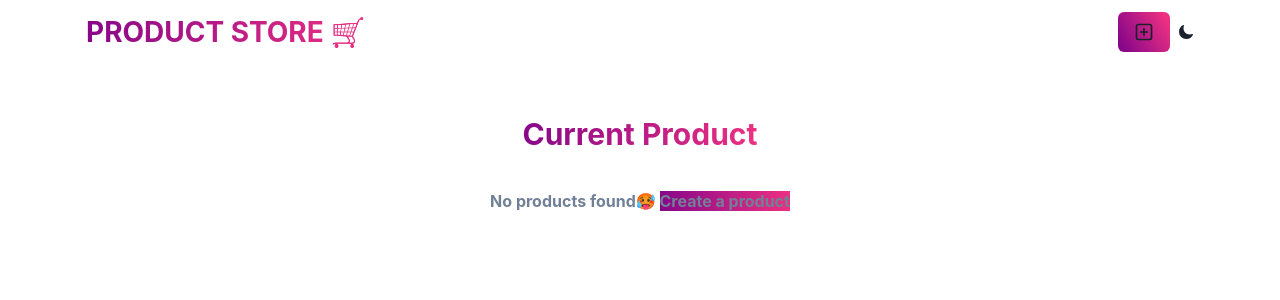
Repository: xiaojing168jmg168/MERN-API
Page: / (app in frontend/)
These files come from the project's save history. The page is drawn as it stood at one moment and after the next save; the edit follows.
The browser window is 1280 px wide. The pictures show the whole page.
The project was rebuilt for these pictures with package versions that can differ from the ones it lists, and the page was loaded fresh each time. Also part of the build but not shown: frontend/vite.config.js, frontend/src/store/product.js, frontend/src/pages/CreatePage.jsx.

Above is the page before, as saved 2025-01-29 12:09:32.

### frontend/src/main.jsx
import React from "react";
import ReactDOM from "react-dom/client";
import App from "./App.jsx";

import { ChakraProvider } from "@chakra-ui/react";

import { BrowserRouter } from "react-router-dom";

ReactDOM.createRoot(document.getElementById("root")).render(
  <React.StrictMode>
    <BrowserRouter>
      <ChakraProvider>
        {/* 👇 Here's the script */}

        <App />
      </ChakraProvider>
    </BrowserRouter>
  </React.StrictMode>
);

### frontend/src/App.jsx
import { Box, useColorModeValue } from "@chakra-ui/react";
import { Route, Routes } from "react-router-dom";
import CreatePage from "./pages/CreatePage";
import HomePage from "./pages/HomePage";
import Navbar from "./components/Navbar";

function App() {
  return (
    <Box minH={"100vh"} bg={useColorModeValue("red.10", "gray.900")}>
      <Navbar />
      <Routes>
        <Route path="/" element={<HomePage />} />
        <Route path="/create" element={<CreatePage />} />
      </Routes>
    </Box>
  );
}

export default App;

### frontend/src/pages/HomePage.jsx
import { Container, VStack, Text, Link } from "@chakra-ui/react";

const HomePage = () => {
  return (
    <Container maxW="container.x1" py={12}>
      <VStack spacing={8}>
        <Text
          fontSize={"30"}
          fontWeight={"bold"}
          bgGradient={"linear(to-r, rgb(135, 7, 137), rgb(237, 48, 130))"}
          bgClip={"text"}
          textAlign={"center"}
        >
          Current Product
        </Text>
        <Text
          fontSize="x1"
          textAlign={"center"}
          fontWeight="bold"
          color="gray.500"
        >
          No products found🥵{" "}
          <Link to={"/create"}>
            <Text
              as="span"
              bgGradient={"linear(to-r, rgb(135, 7, 137), rgb(237, 48, 130))"}
              _hover={{ textDecoration: "underline" }}
            >
              Create a product
            </Text>
          </Link>
        </Text>
      </VStack>
    </Container>
  );
};

export default HomePage;

### frontend/src/components/Navbar.jsx
import {
  Container,
  Flex,
  HStack,
  Text,
  Button,
  useColorMode,
} from "@chakra-ui/react";
import { Link } from "react-router-dom";
import { PlusSquareIcon } from "@chakra-ui/icons";

import { IoMoon } from "react-icons/io5";
import { LuSun } from "react-icons/lu";

const Navbar = () => {
  const { colorMode, toggleColorMode } = useColorMode();
  return (
    <Container maxW={"1140px"} px={4}>
      <Flex
        h={16}
        alignItems={"center"}
        justifyContent={"space-between"}
        flexDir={{
          base: "column",
          sm: "row",
        }}
      >
        <Text
          fontSize={{ base: "22", sm: "28" }}
          fontWeight={"bold"}
          textTransform={"uppercase"}
          textAlign={"center"}
          bgGradient="linear(to-r,rgb(135, 7, 137),rgb(237, 48, 130))"
          bgClip="text"
        >
          <Link to={"/"}>Product Store 🛒</Link>
        </Text>

        <HStack spacing={2} alignItems={"center"}>
          <Link to={"/create"}>
            <Button
              background={
                "linear-gradient(60deg, rgb(135, 7, 137) 10%, rgb(237, 48, 130) 90%)"
              }
            >
              <PlusSquareIcon fontSize={20} />
            </Button>
          </Link>
          <button onClick={toggleColorMode}>
            {colorMode === "light" ? <IoMoon /> : <LuSun size="20" />}
          </button>
        </HStack>
      </Flex>
    </Container>
  );
};

export default Navbar;

Loaded but not shown: frontend/index.html (common file)

After the next save:
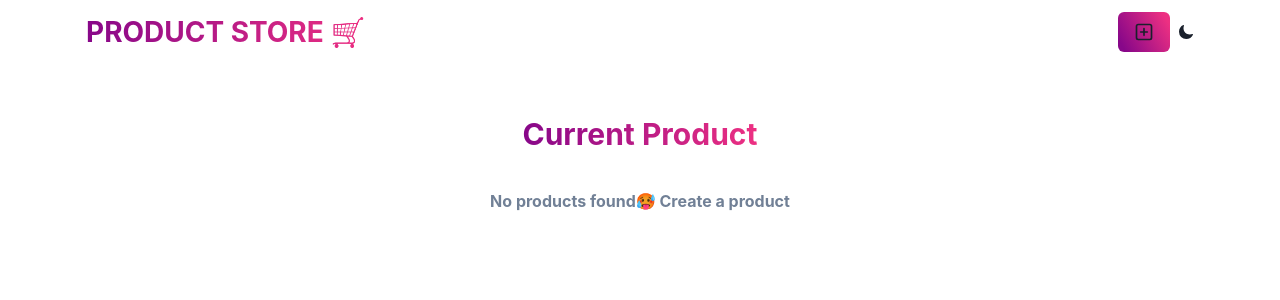
Saved 19 s later.
--- a/frontend/src/pages/HomePage.jsx
+++ b/frontend/src/pages/HomePage.jsx
@@ -23,7 +23,7 @@ const HomePage = () => {
           <Link to={"/create"}>
             <Text
               as="span"
-              bgGradient={"linear(to-r, rgb(135, 7, 137), rgb(237, 48, 130))"}
+              color={"linear(to-r, rgb(135, 7, 137), rgb(237, 48, 130))"}
               _hover={{ textDecoration: "underline" }}
             >
               Create a product
